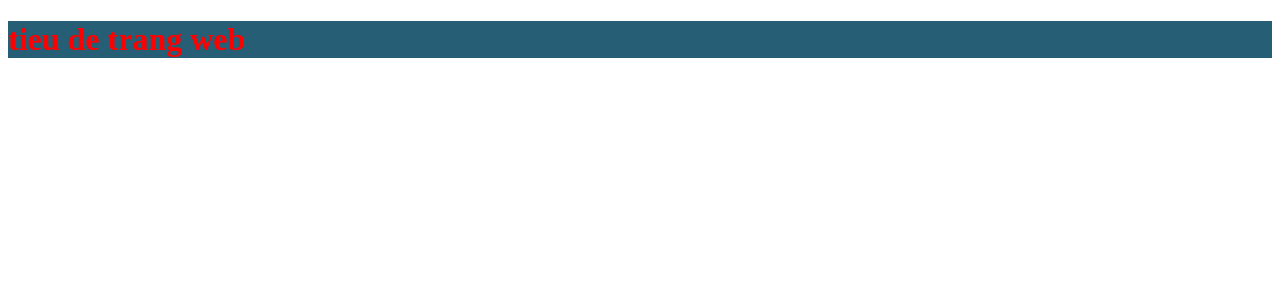
Repository: quocanh1010/quocanh1010.github.io
Page: Front End bai 1 2/index.html
These files come from the project's save history. The page is drawn as it stood at one moment and after the next save; the edit follows.
The browser window is 1280 px wide. The pictures show the whole page.

Above is the page before, as saved 2021-04-16 20:19:37.

After the next save:
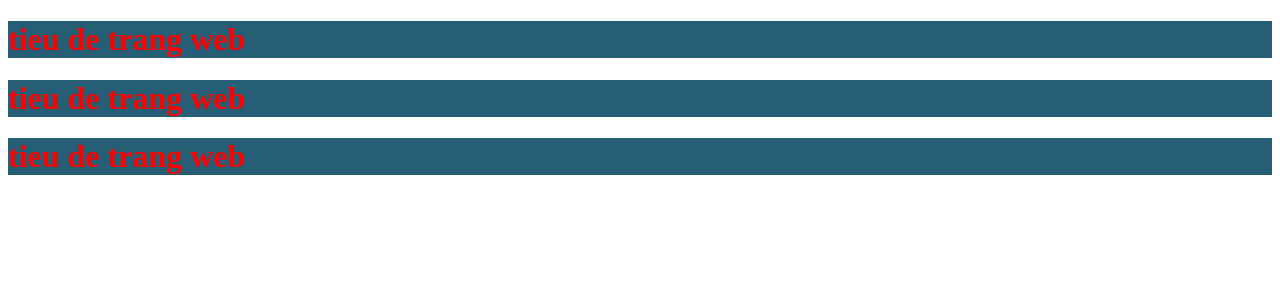
Saved 30 s later.
--- a/Front End bai 1 2/index.html
+++ b/Front End bai 1 2/index.html
@@ -20,6 +20,8 @@
 <body>
 
     <h1>tieu de trang web</h1>
+    <h1>tieu de trang web</h1>
+    <h1>tieu de trang web</h1>
 
 
 </body>
